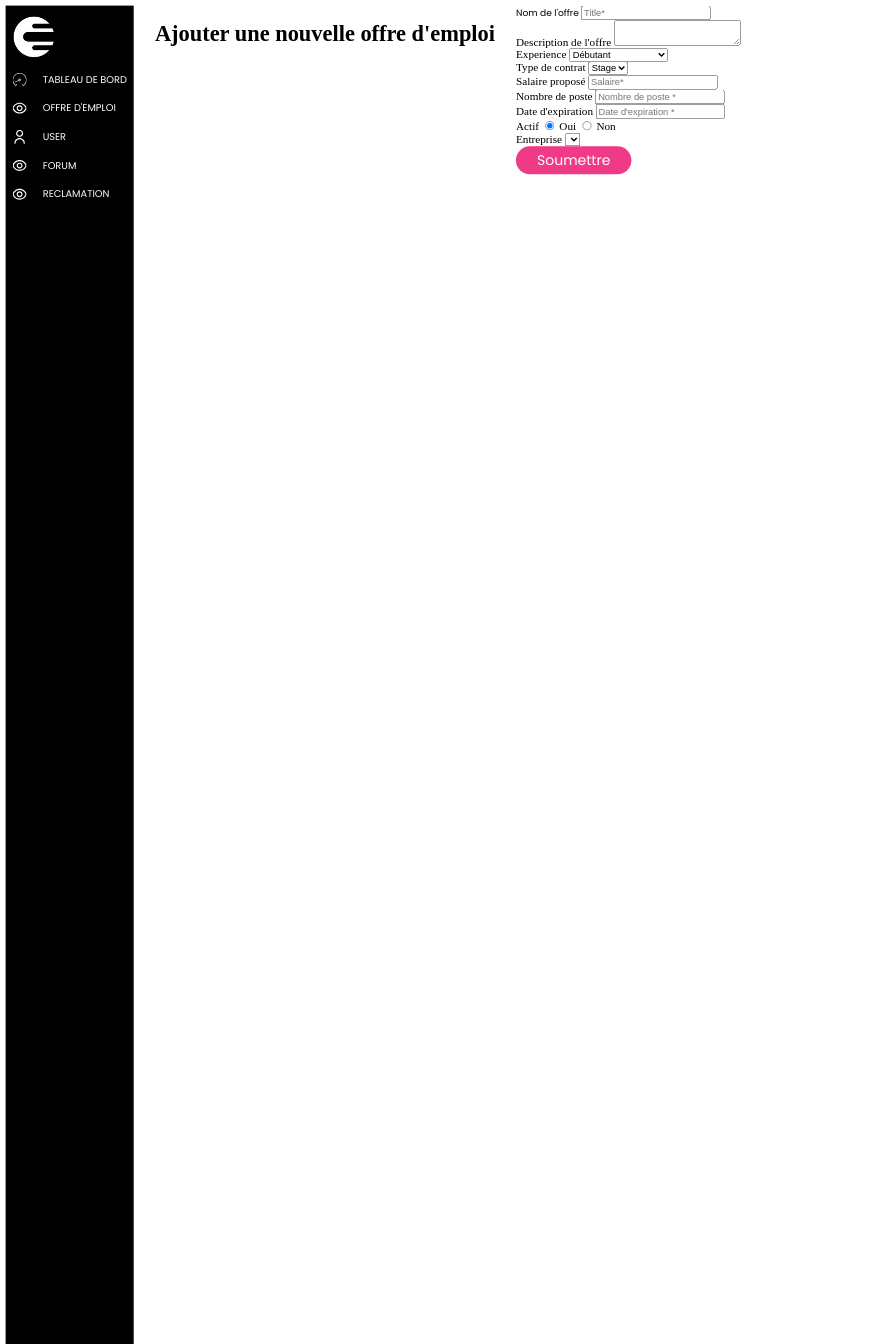
Repository: sophiegafsi/web
Page: http://localhost/admin/index.php?controller=joboffer&action=add
An editor plug-in stored every save of this project. The page is shown before and after the next save, followed by the edit.
The browser window is 1280 px wide. The pictures show the part of the page from y = 0 to 1920 px (the page is 2916 px tall), at 70% of full size.
The page is run by PHP 8.4 with error messages shown; the project is at /var/www/html/. Queries for data that is not in the repository find no rows.

Above is the page before, as saved 2024-05-05 22:03:48.

After the next save:
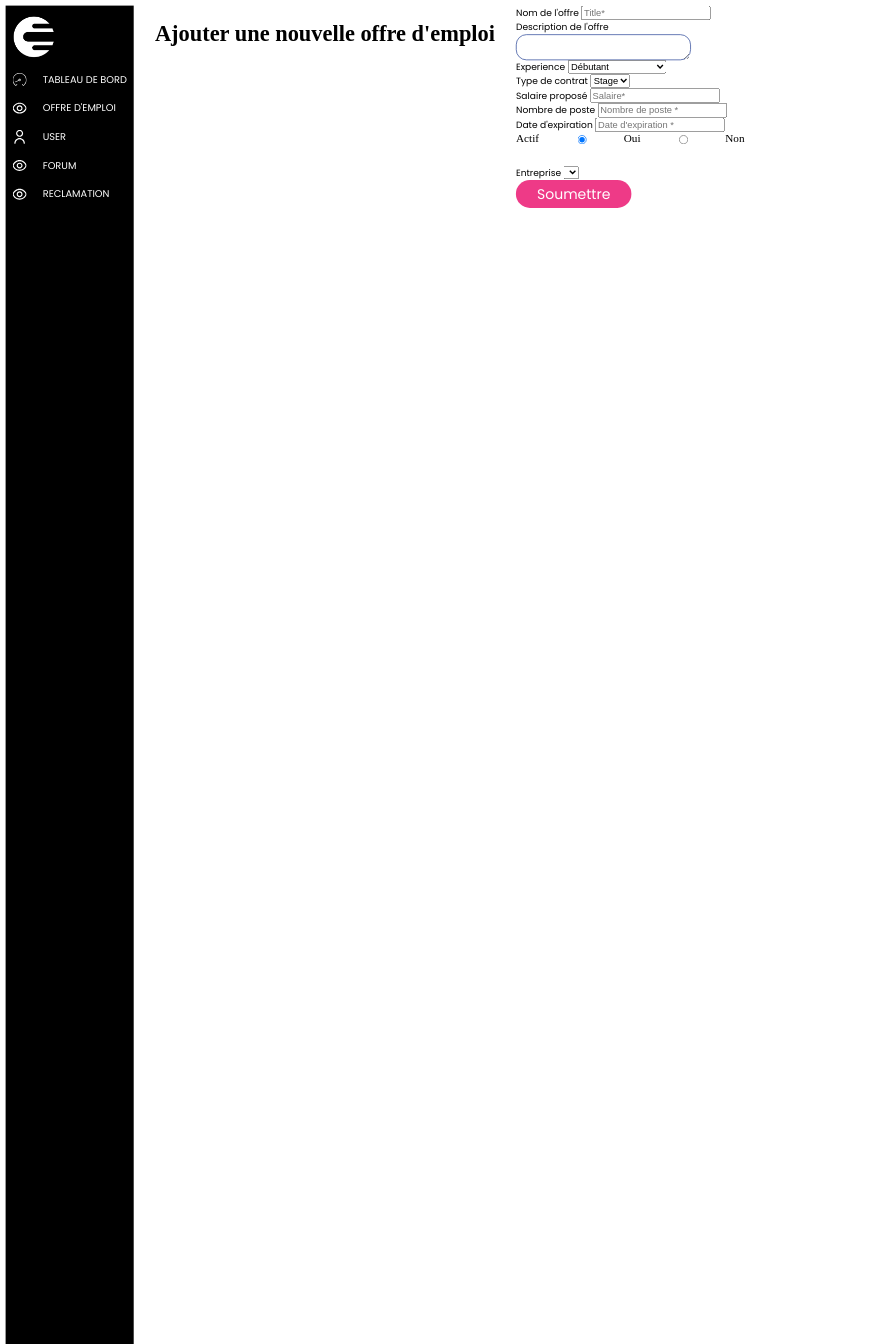
Saved 93 s later.
--- a/view/admin/job_offer/add.php
+++ b/view/admin/job_offer/add.php
@@ -11,16 +11,16 @@ if(isset($errors)){
 }
 ?>
 
-    <form action="" method="post" class="joboffer-form">
+<form action="" method="post" class="joboffer-form">
         <div  class="style-form-input">
             Nom de l'offre
             <input type="text" name="title" placeholder="Title*" required value="<?php if(isset($_POST['title'])) echo $_POST['title']; ?>">
         </div>
-        <div>
+        <div class="style-form-input">
             Description de l'offre
             <textarea name="description"><?php if(isset($_POST['description'])) echo $_POST['description']; ?></textarea>
         </div>
-        <div>
+        <div class="style-form-input">
             Experience
             <select name="experience">
                 <option value="Débutant" <?php if(isset($_POST['experience']) && $_POST['experience'] == 'Débutant') echo 'selected'; ?>>Débutant</option>
@@ -30,7 +30,7 @@ if(isset($errors)){
             </select>
         </div>
 
-        <div>
+        <div class="style-form-input">
             Type de contrat
             <select name="contract_type">
                 <option value="Stage" <?php if(isset($_POST['contract_type']) && $_POST['contract_type'] == 'Stage') echo 'selected'; ?>>Stage</option>
@@ -39,25 +39,25 @@ if(isset($errors)){
                 <option value="CDI" <?php if(isset($_POST['contract_type']) && $_POST['contract_type'] == 'CDI') echo 'selected'; ?>>CDI</option>
             </select>
         </div>
-        <div>
+        <div class="style-form-input">
             Salaire proposé
             <input type="text" name="salary" placeholder="Salaire*" required value="<?php if(isset($_POST['salary'])) echo $_POST['salary']; ?>">
         </div>
 
-        <div>
+        <div class="style-form-input">
             Nombre de poste
             <input type="text" name="vacant_jobs" placeholder="Nombre de poste *" required  value="<?php if(isset($_POST['vacant_jobs'])) echo $_POST['vacant_jobs']; ?>">
         </div>
-        <div>
+        <div class="style-form-input">
             Date d'expiration
             <input type="text" name="expiration_date" placeholder="Date d'expiration *" required value="<?php if(isset($_POST['expiration_date'])) echo $_POST['expiration_date']; ?>">
         </div>
-        <div>
+        <div class="style-form-radio">
             Actif
             <input type="radio" name="active" value="1" checked> Oui
             <input type="radio" name="active" value="0" <?php if(isset($_POST['active']) && $_POST['active'] == 0) echo 'checked'; ?>> Non
         </div>
-        <div>
+        <div class="style-form-input">
             Entreprise
             <select name="recruiter_id">
                 <?php  ?>
@@ -72,11 +72,12 @@ if(isset($errors)){
             </select>
         </div>
 
-        <div>
+        <div class="style-form-input">
             <button type="submit" name="submit" value="1" class="btn-recrut">Soumettre</button>
         </div>
     </form>
 
+
     <?php
 include _PROJECT_DIR_.'/view/admin/layout/footer.php';
 ?>
